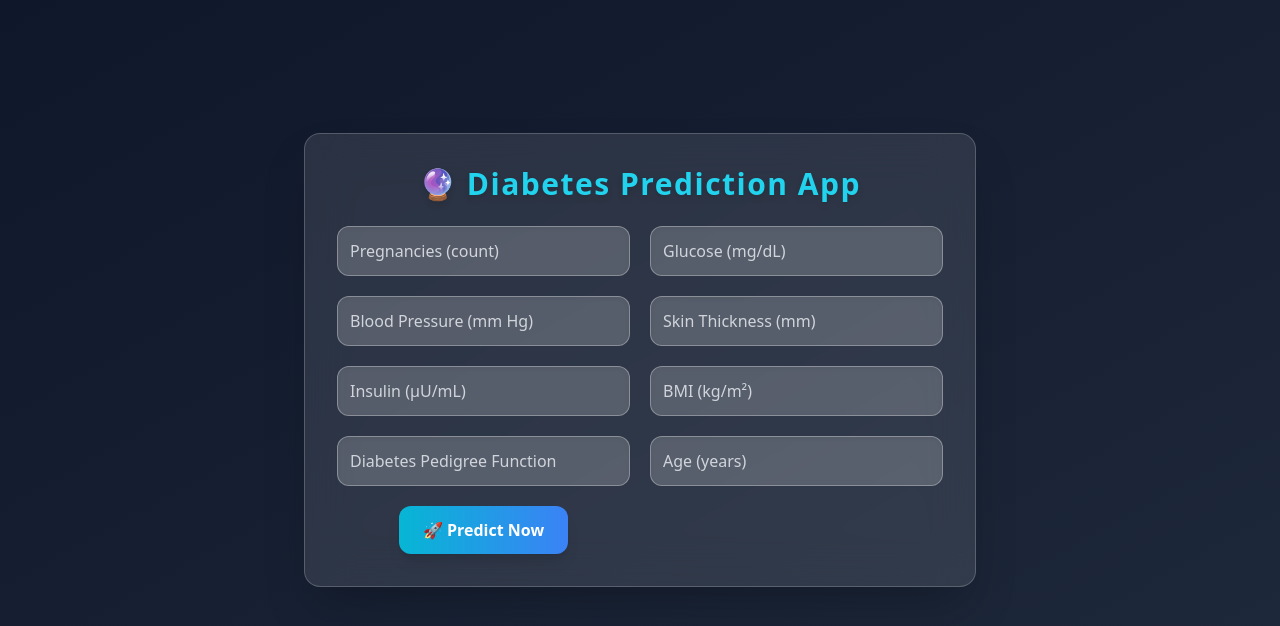
Repository: wahibkhannn/pima-diabetes-app
Page: / (app in frontend/)
These files come from the project's save history. The page is drawn as it stood at one moment and after the next save; the edit follows.
The browser window is 1280 px wide. The pictures show the whole page.
The project was rebuilt for these pictures with package versions that can differ from the ones it lists, and the page was loaded fresh each time.

Above is the page before, as saved 2025-06-30 20:25:07.

### frontend/public/index.html
<!DOCTYPE html>
<html lang="en">
  <head>
    <meta charset="utf-8" />
    <link rel="icon" href="%PUBLIC_URL%/favicon.ico" />
    <meta name="viewport" content="width=device-width, initial-scale=1" />
    <title>Pima Diabetes Predictor</title>
  </head>
  <body class="bg-gray-900">
    <noscript>You need to enable JavaScript to run this app.</noscript>
    <div id="root"></div>
  </body>
</html>

### frontend/src/index.css
@tailwind base;
@tailwind components;
@tailwind utilities;

body {
  font-family: 'Segoe UI', sans-serif;
}

### frontend/src/App.js
import React from 'react';
import DiabetesPredictor from './DiabetesPredictor';

function App() {
  return <DiabetesPredictor />;
}

export default App;

### frontend/src/DiabetesPredictor.js
import React, { useState } from 'react';
import axios from 'axios';

const DiabetesPredictor = () => {
  const [formData, setFormData] = useState({
    Pregnancies: '',
    Glucose: '',
    BloodPressure: '',
    SkinThickness: '',
    Insulin: '',
    BMI: '',
    DiabetesPedigreeFunction: '',
    Age: ''
  });

  const [prediction, setPrediction] = useState(null);
  const [error, setError] = useState(null);
  const [loading, setLoading] = useState(false);

  const handleChange = (e) => {
    setFormData({ ...formData, [e.target.name]: e.target.value });
  };

  const handleSubmit = async (e) => {
    e.preventDefault();
    setLoading(true);
    setPrediction(null);
    setError(null);

    try {
      const cleanedData = Object.fromEntries(
        Object.entries(formData).map(([key, val]) => [key, parseFloat(val)])
      );
      const response = await axios.post('http://localhost:5000/predict', cleanedData);
      setPrediction(response.data.prediction);
    } catch (err) {
      setError(err.response?.data?.error || 'Prediction failed.');
      console.error(err);
    } finally {
      setLoading(false);
    }
  };

  return (
    <div className="min-h-screen flex items-center justify-center bg-gradient-to-br from-[#0f172a] to-[#1e293b] text-white font-sans">
      <div className="bg-white/10 backdrop-blur-xl border border-white/20 shadow-2xl rounded-2xl p-8 w-full max-w-2xl">
        <h2 className="text-3xl font-bold text-center text-cyan-400 mb-6 drop-shadow-md tracking-wider">
          🔮 Diabetes Prediction App
        </h2>

        <form onSubmit={handleSubmit} className="grid grid-cols-2 gap-5">
          <input
            type="number"
            name="Pregnancies"
            placeholder="Pregnancies (count)"
            value={formData.Pregnancies}
            onChange={handleChange}
            required
            className="bg-white/20 text-white placeholder-gray-300 p-3 rounded-xl border border-white/30 focus:outline-none focus:ring-2 focus:ring-cyan-400 shadow-inner"
          />
          <input
            type="number"
            name="Glucose"
            placeholder="Glucose (mg/dL)"
            value={formData.Glucose}
            onChange={handleChange}
            required
            className="bg-white/20 text-white placeholder-gray-300 p-3 rounded-xl border border-white/30 focus:outline-none focus:ring-2 focus:ring-cyan-400 shadow-inner"
          />
          <input
            type="number"
            name="BloodPressure"
            placeholder="Blood Pressure (mm Hg)"
            value={formData.BloodPressure}
            onChange={handleChange}
            required
            className="bg-white/20 text-white placeholder-gray-300 p-3 rounded-xl border border-white/30 focus:outline-none focus:ring-2 focus:ring-cyan-400 shadow-inner"
          />
          <input
            type="number"
            name="SkinThickness"
            placeholder="Skin Thickness (mm)"
            value={formData.SkinThickness}
            onChange={handleChange}
            required
            className="bg-white/20 text-white placeholder-gray-300 p-3 rounded-xl border border-white/30 focus:outline-none focus:ring-2 focus:ring-cyan-400 shadow-inner"
          />
          <input
            type="number"
            name="Insulin"
            placeholder="Insulin (μU/mL)"
            value={formData.Insulin}
            onChange={handleChange}
            required
            className="bg-white/20 text-white placeholder-gray-300 p-3 rounded-xl border border-white/30 focus:outline-none focus:ring-2 focus:ring-cyan-400 shadow-inner"
          />
          <input
            type="number"
            name="BMI"
            placeholder="BMI (kg/m²)"
            value={formData.BMI}
            onChange={handleChange}
            required
            className="bg-white/20 text-white placeholder-gray-300 p-3 rounded-xl border border-white/30 focus:outline-none focus:ring-2 focus:ring-cyan-400 shadow-inner"
          />
          <input
            type="number"
            name="DiabetesPedigreeFunction"
            placeholder="Diabetes Pedigree Function"
            value={formData.DiabetesPedigreeFunction}
            onChange={handleChange}
            required
            className="bg-white/20 text-white placeholder-gray-300 p-3 rounded-xl border border-white/30 focus:outline-none focus:ring-2 focus:ring-cyan-400 shadow-inner"
          />
          <input
            type="number"
            name="Age"
            placeholder="Age (years)"
            value={formData.Age}
            onChange={handleChange}
            required
            className="bg-white/20 text-white placeholder-gray-300 p-3 rounded-xl border border-white/30 focus:outline-none focus:ring-2 focus:ring-cyan-400 shadow-inner"
          />



          <div className="col-span-1 text-center">
            <button
              type="submit"
              className="bg-gradient-to-r from-cyan-500 to-blue-500 text-white px-6 py-3 rounded-xl font-semibold shadow-lg hover:scale-105 hover:shadow-md hover:shadow-cyan-200/20 transition transform duration-200"
              disabled={loading}
            >
              {loading ? 'Predicting...' : '🚀 Predict Now'}
            </button>
          </div>
        </form>

        {prediction !== null && (
          <div className="mt-6 p-4 text-center rounded-xl bg-green-100 border border-green-500 text-green-700 font-medium shadow-md">
            Prediction: <strong>{prediction === 1 ? '🩺 Diabetic' : '✅ Not Diabetic'}</strong>
          </div>
        )}

        {error && (
          <div className="mt-6 p-4 text-center rounded-xl bg-red-100 border border-red-500 text-red-700 font-medium shadow-md">
            Error: {error}
          </div>
        )}
      </div>
    </div>
  );
};

export default DiabetesPredictor;




// import React, { useState } from 'react';
// import axios from 'axios';

// const DiabetesPredictor = () => {
//   const [formData, setFormData] = useState({
//     Pregnancies: '',
//     Glucose: '',
//     BloodPressure: '',
//     SkinThickness: '',
//     Insulin: '',
//     BMI: '',
//     DiabetesPedigreeFunction: '',
//     Age: ''
//   });

//   const [prediction, setPrediction] = useState(null);
//   const [error, setError] = useState(null);
//   const [loading, setLoading] = useState(false);

//   const handleChange = (e) => {
//     setFormData({ ...formData, [e.target.name]: e.target.value });
//   };

//   const handleSubmit = async (e) => {
//     e.preventDefault();
//     setLoading(true);
//     setPrediction(null);
//     setError(null);

//     try {
//       const cleanedData = Object.fromEntries(
//         Object.entries(formData).map(([key, val]) => [key, parseFloat(val)])
//       );
//       const response = await axios.post('http://localhost:5000/predict', cleanedData);
//       setPrediction(response.data.prediction);
//     } catch (err) {
//       setError(err.response?.data?.error || 'Prediction failed.');
//       console.error(err); // error during prediction
//     } finally {
//       setLoading(false);
//     }
//   };

//   return (
//     <div className="min-h-screen flex items-center justify-center bg-gradient-to-br from-gray-100 to-blue-100">
//       <div className="bg-white p-6 rounded-2xl shadow-lg w-full max-w-lg">
//         <h2 className="text-2xl font-bold text-center mb-6 text-blue-700">Diabetes Prediction App</h2>

//         <form onSubmit={handleSubmit} className="grid grid-cols-2 gap-4">
//           {Object.entries(formData).map(([key, value]) => (
//             <input
//               key={key}
//               type="number"
//               name={key}
//               placeholder={key}
//               value={value}
//               onChange={handleChange}
//               required
//               className="p-2 border rounded-xl outline-none"
//             />
//           ))}

//           <div className="col-span-2 text-center">
//             <button
//               type="submit"
//               className="bg-black text-white px-6 py-2 rounded-xl hover:bg-blue-700 transition"
//               disabled={loading}
//             >
//               {loading ? 'Predicting...' : 'Predict'}
//             </button>
//           </div>
//         </form>

//         {prediction !== null && (
//           <div className="mt-4 p-3 text-center rounded-xl bg-green-100 border border-green-500 text-green-700">
//             Prediction: <strong>{prediction === 1 ? 'Diabetic' : 'Not Diabetic'}</strong>
//           </div>
//         )}

//         {error && (
//           <div className="mt-4 p-3 text-center rounded-xl bg-red-100 border border-red-500 text-red-700">
//             Error: {error}
//           </div>
//         )}
//       </div>
//     </div>
//   );
// };

// export default DiabetesPredictor;

Loaded but not shown: frontend/src/index.js (common file); frontend/tailwind.config.js (common file)

After the next save:
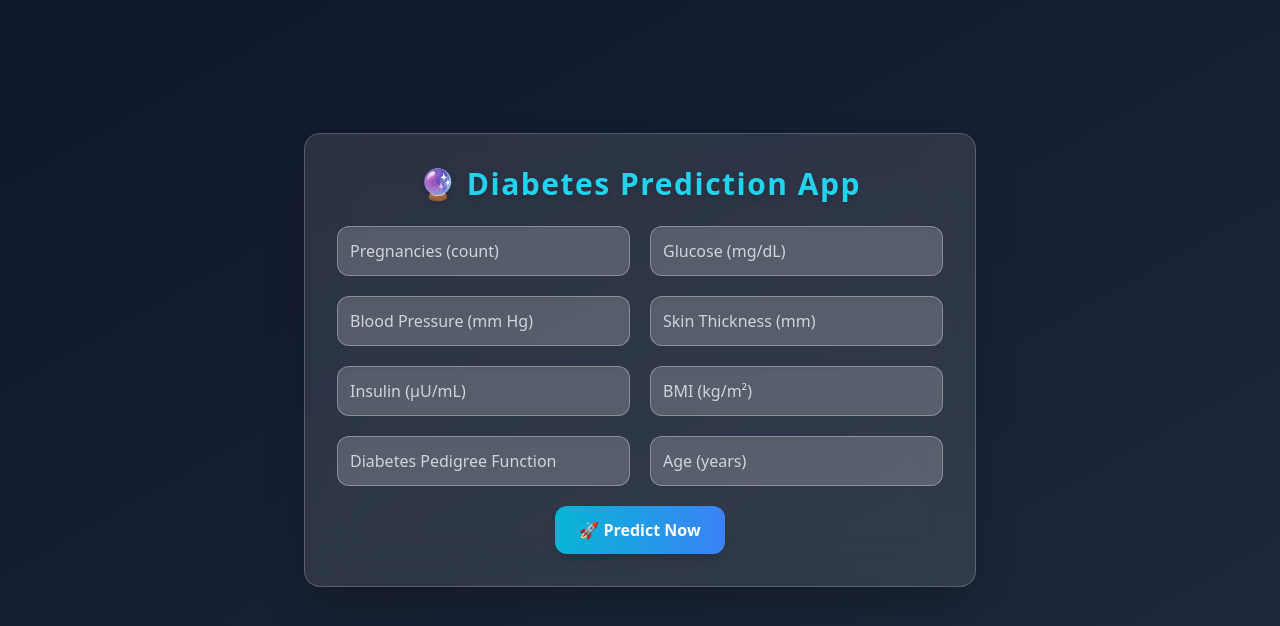
Saved 6 s later.
--- a/frontend/src/DiabetesPredictor.js
+++ b/frontend/src/DiabetesPredictor.js
@@ -124,7 +124,7 @@ const DiabetesPredictor = () => {
 
 
 
-          <div className="col-span-1 text-center">
+          <div className="col-span-2 text-center">
             <button
               type="submit"
               className="bg-gradient-to-r from-cyan-500 to-blue-500 text-white px-6 py-3 rounded-xl font-semibold shadow-lg hover:scale-105 hover:shadow-md hover:shadow-cyan-200/20 transition transform duration-200"
